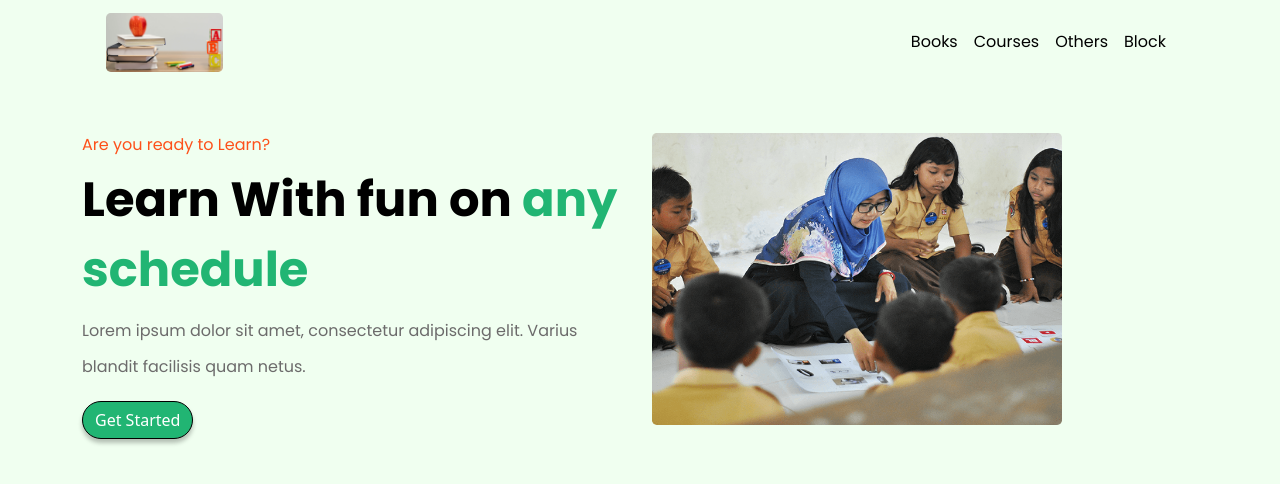
Repository: zjria/Figma-to-E-school
Page: index.html
These files come from the project's save history. The page is drawn as it stood at one moment and after the next save; the edit follows.
The browser window is 1280 px wide. The pictures show the whole page.
Some web libraries are served in a nearby version.

Above is the page before, as saved 2022-05-06 16:23:00.

After the next save:
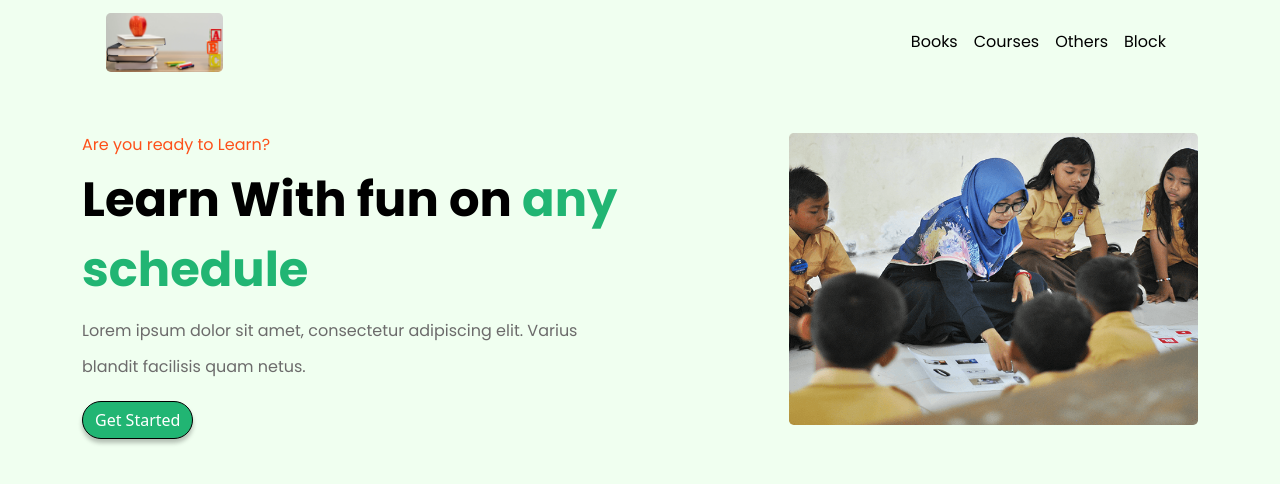
Saved 85 s later.
--- a/index.html
+++ b/index.html
@@ -56,7 +56,7 @@
                 <a href="" class="btn btn-custom">Get Started</a>
               </div>
               <div class="col-md-6">
-                <img src="images/hero-img.png" class="img-fluid rounded-3 w-75" alt="">
+                <img src="images/hero-img.png" class="img-fluid rounded-3 w-75 float-end" alt="">
               </div>
             </div>
         </div>

After the save that followed:
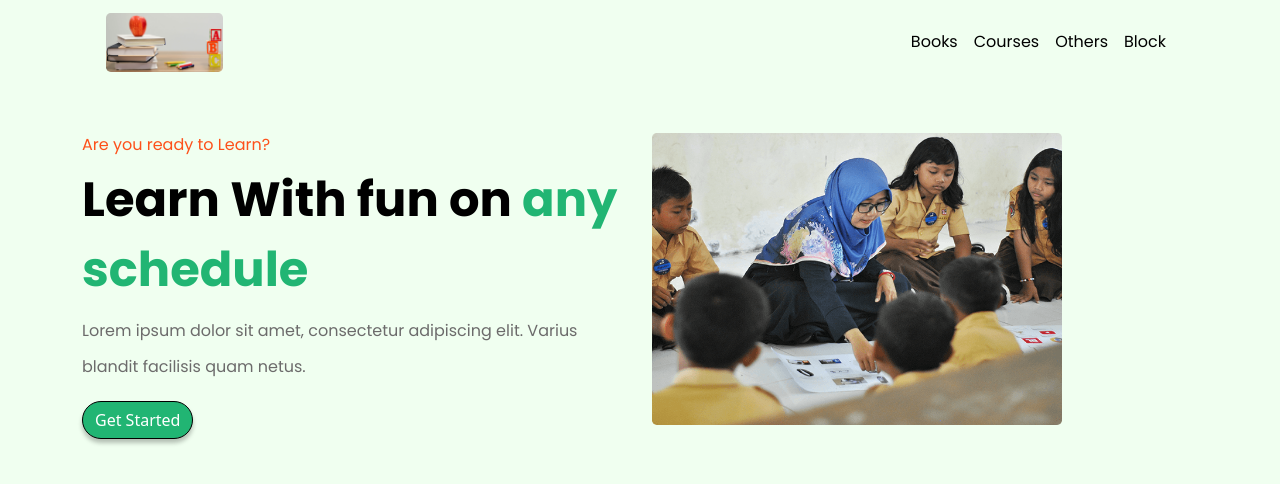
Saved 82 s later.
--- a/index.html
+++ b/index.html
@@ -56,7 +56,7 @@
                 <a href="" class="btn btn-custom">Get Started</a>
               </div>
               <div class="col-md-6">
-                <img src="images/hero-img.png" class="img-fluid rounded-3 w-75 float-end" alt="">
+                <img src="images/hero-img.png" class="img-fluid rounded-3 w-75" alt="">
               </div>
             </div>
         </div>
